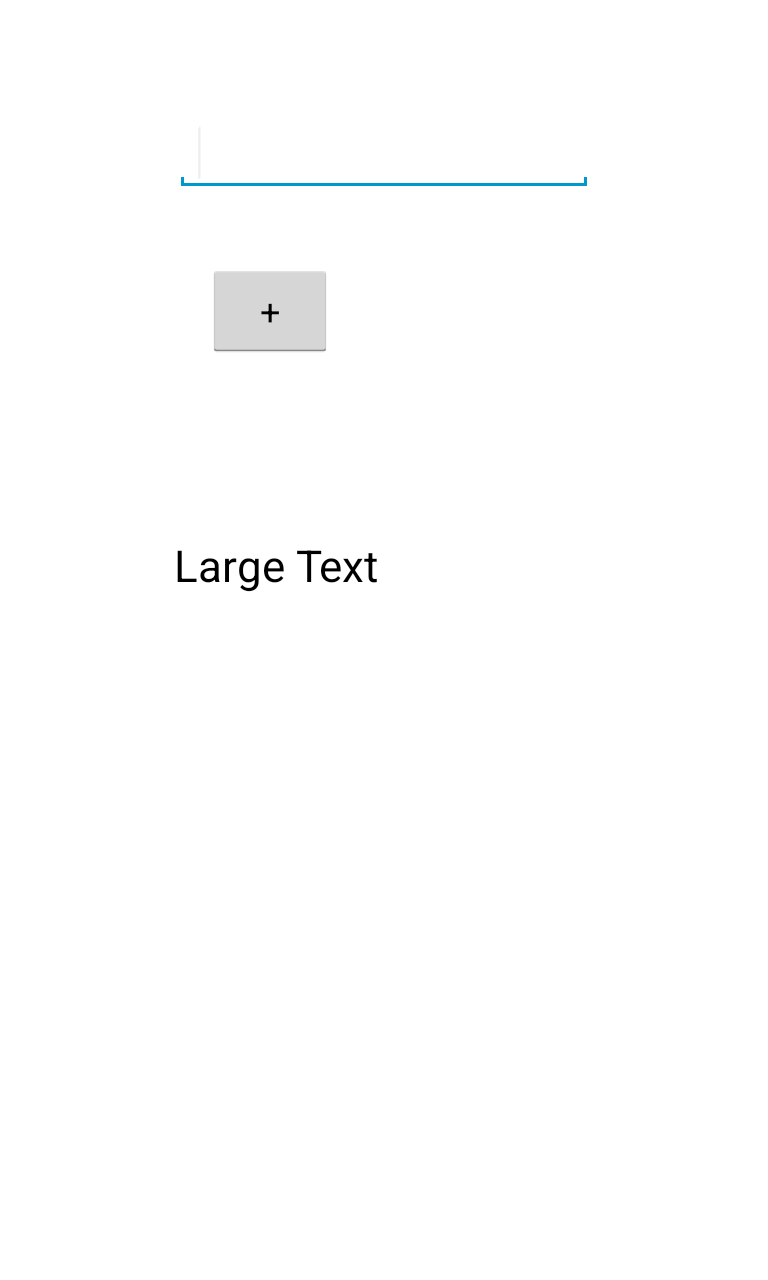
Repository: MadhuHS/JECM3
Layout: SimpleCal/res/layout/activity_main.xml
These files come from the project's save history. The layout is drawn as it stood at one moment and after a run of saves; the edit follows.
It is drawn on a 768 x 1280 px phone screen (xhdpi) without system bars, with theme AppTheme; the app's code is not run.

Above is the layout before, as saved 2015-11-10 04:10:47.

After the next 2 saves:
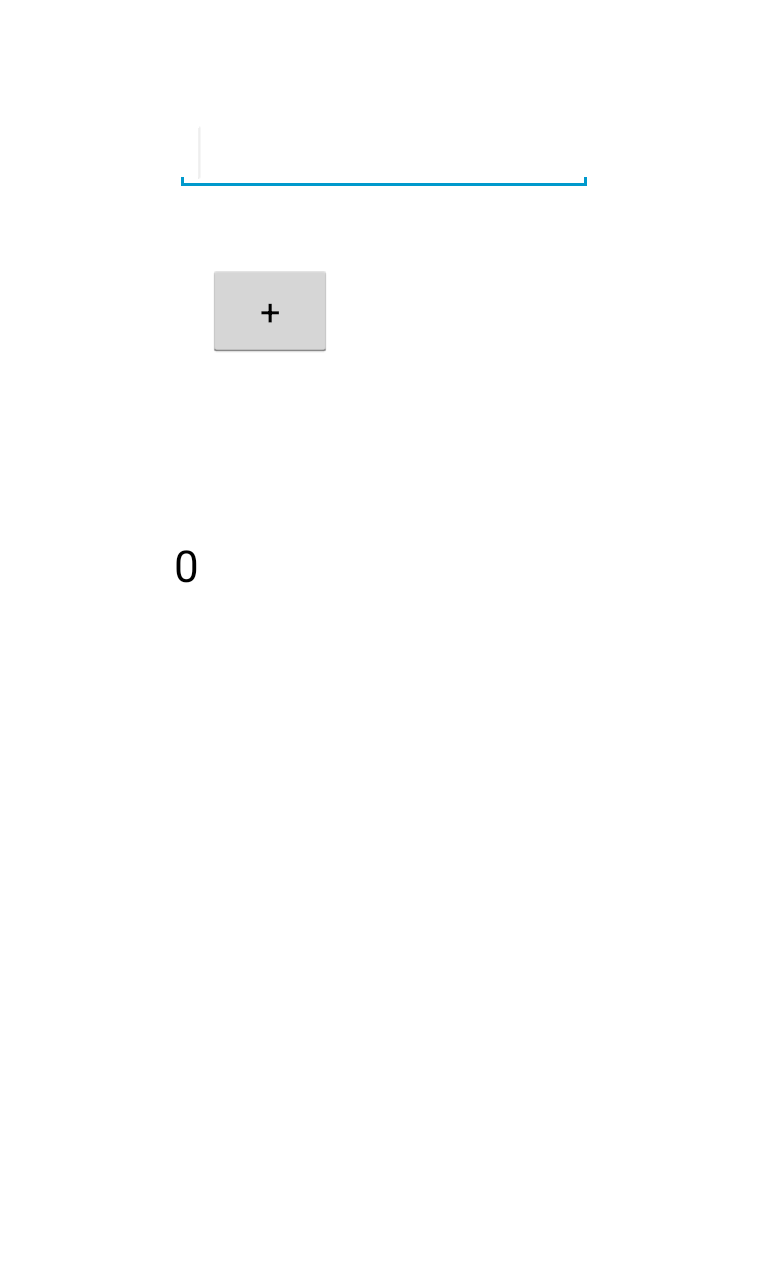
The 2 saves are shown as one change because they came seconds apart.
The last was saved 16 s later.
--- a/SimpleCal/res/layout/activity_main.xml
+++ b/SimpleCal/res/layout/activity_main.xml
@@ -37,7 +37,7 @@
         android:layout_alignLeft="@+id/editTextinput"
         android:layout_below="@+id/buttonadd"
         android:layout_marginTop="88dp"
-        android:text="Large Text"
+        android:text="0"
         android:textAppearance="?android:attr/textAppearanceLarge" />
 
 </RelativeLayout>
